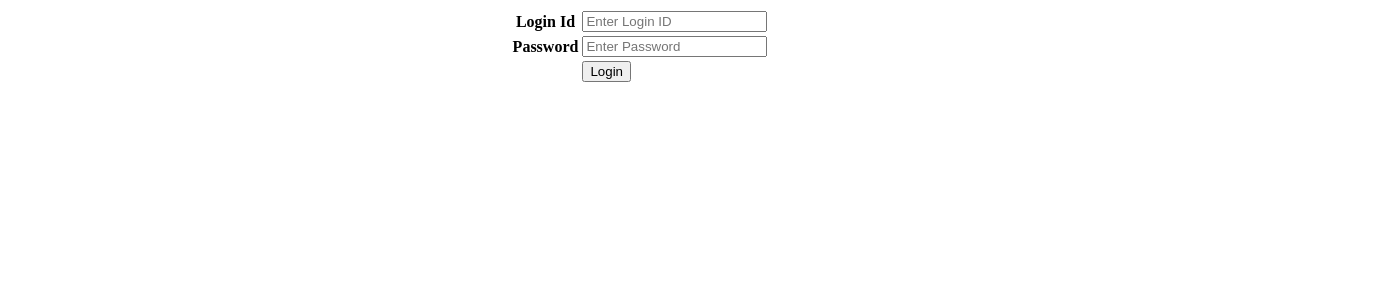
Repository: sapnajariya/Advaned
Page: http://localhost/mvcproject/Login.jsp
An editor plug-in stored every save of this project. The page is shown before and after the next save, followed by the edit.
The browser window is 1280 px wide. The page is 1280 px wide, then 1390 px, so the pictures cover 1390 px, including what lies to the right of the window. The pictures show the whole page.
The page is served by Tomcat 9. Other server files are loaded and not shown.

Above is the page before, as saved 2023-02-01 20:23:24.

### AdvanBatch/mvcproject/src/main/webapp/Login.jsp
<%@ page language="java" contentType="text/html; charset=ISO-8859-1"
    pageEncoding="ISO-8859-1"%>
<!DOCTYPE html>
<link href="extra.css" type="text/css" rel="stylesheet">
<html>
<head>
<meta charset="ISO-8859-1">
<title>Insert title here</title>
</head>
<body><center>
<%String err=(String)request.getAttribute("err"); %>
<%if(err!=null){ %>
<%=err %>
<%} %>

<form action="LoginCtl" method="post">
<table>
				<tr>
					<th>Login Id</th>
					<td><input type="text" name="login"
						placeholder="Enter Login ID"></td>

				</tr>
				<tr>
					<th>Password
					<td><input type="password" name="password"
						placeholder="Enter Password" ></td>

				</tr>
				<tr>
					<th></th>
					<td><input type="submit"
						value="Login">
				</tr>
				</table>

				</form></center>
</body>
</html>

### AdvanBatch/mvcproject/src/main/webapp/extra.css
header{

background-color:grey;
postion:fixed;
top:0px;
width:110%;
background-size:cover;
height:80px;
color:white;
margin-top:-8px;

margin-left:-8px;



}
footer{
	background-color:grey;

width:110%;

height:80px;
color:white;
position:fixed;
bottom:0px;
text-align:center;
margin-left:-10px;


}

After the next save:
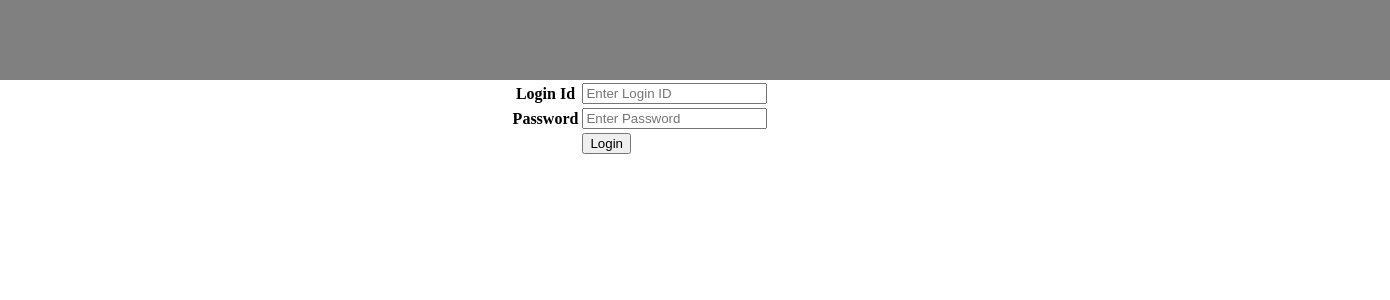
Saved 17 s later.
--- a/AdvanBatch/mvcproject/src/main/webapp/Login.jsp
+++ b/AdvanBatch/mvcproject/src/main/webapp/Login.jsp
@@ -12,7 +12,7 @@
 <%if(err!=null){ %>
 <%=err %>
 <%} %>
-
+<header></header>
 <form action="LoginCtl" method="post">
 <table>
 				<tr>
